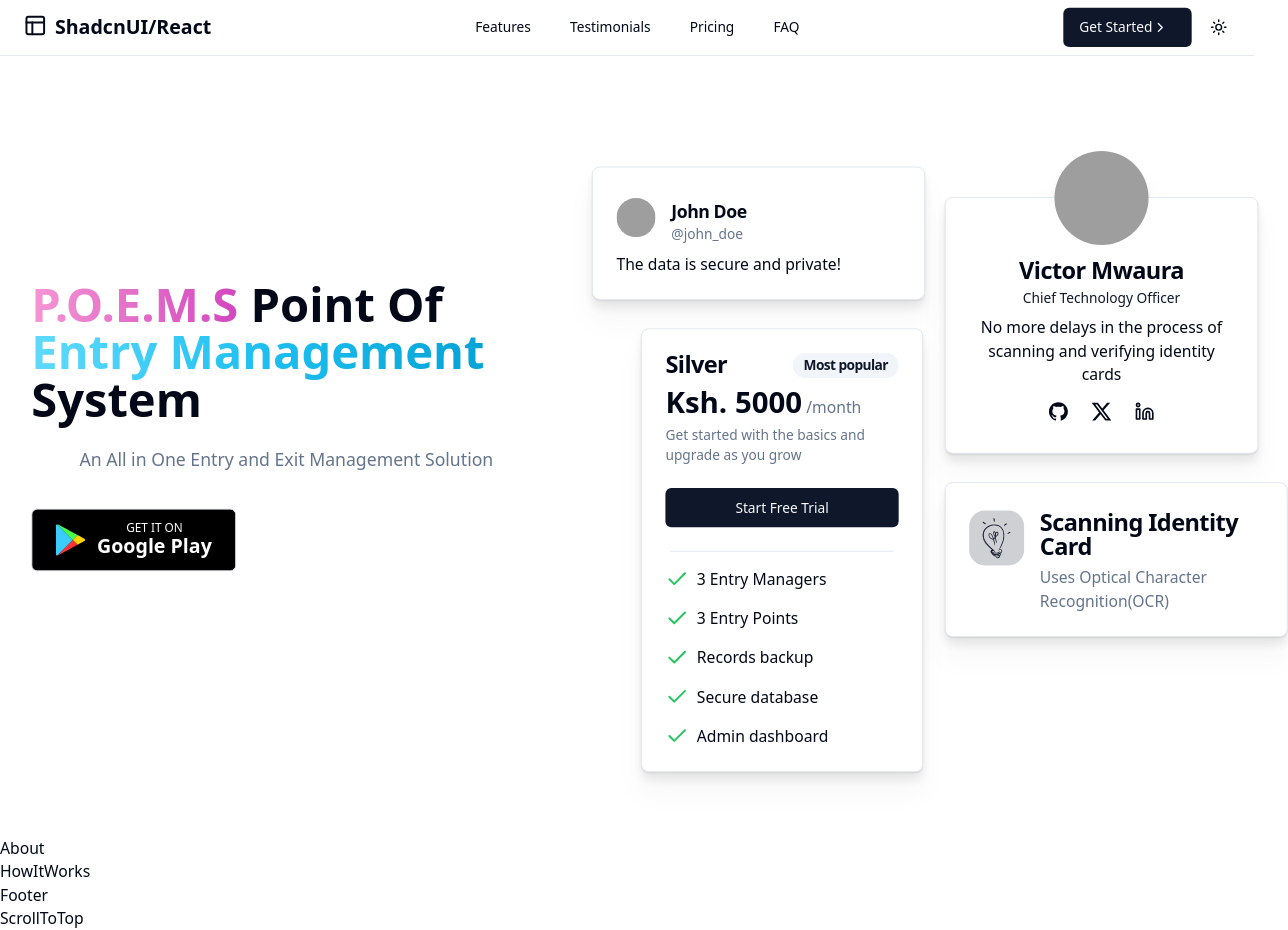
Repository: DevLaukey/savannah-informatics-test
Page: /
An editor plug-in stored every save of this project. The page is shown before and after the next save, followed by the edit.
The browser window is 1280 px wide. The page is 1314 px wide, so the pictures cover 1314 px, including what lies to the right of the window. The pictures show the whole page, at 98% of full size.
Pictures or frames that could not be fetched are drawn as grey boxes. The project was rebuilt for these pictures with package versions that can differ from the ones it lists, and the page was loaded fresh each time. The framework's server and built-in components were replaced by stand-ins that run in the browser. Also part of the build but not shown: next.config.mjs.

Above is the page before, as saved 2024-06-04 21:52:00.

After the next save:
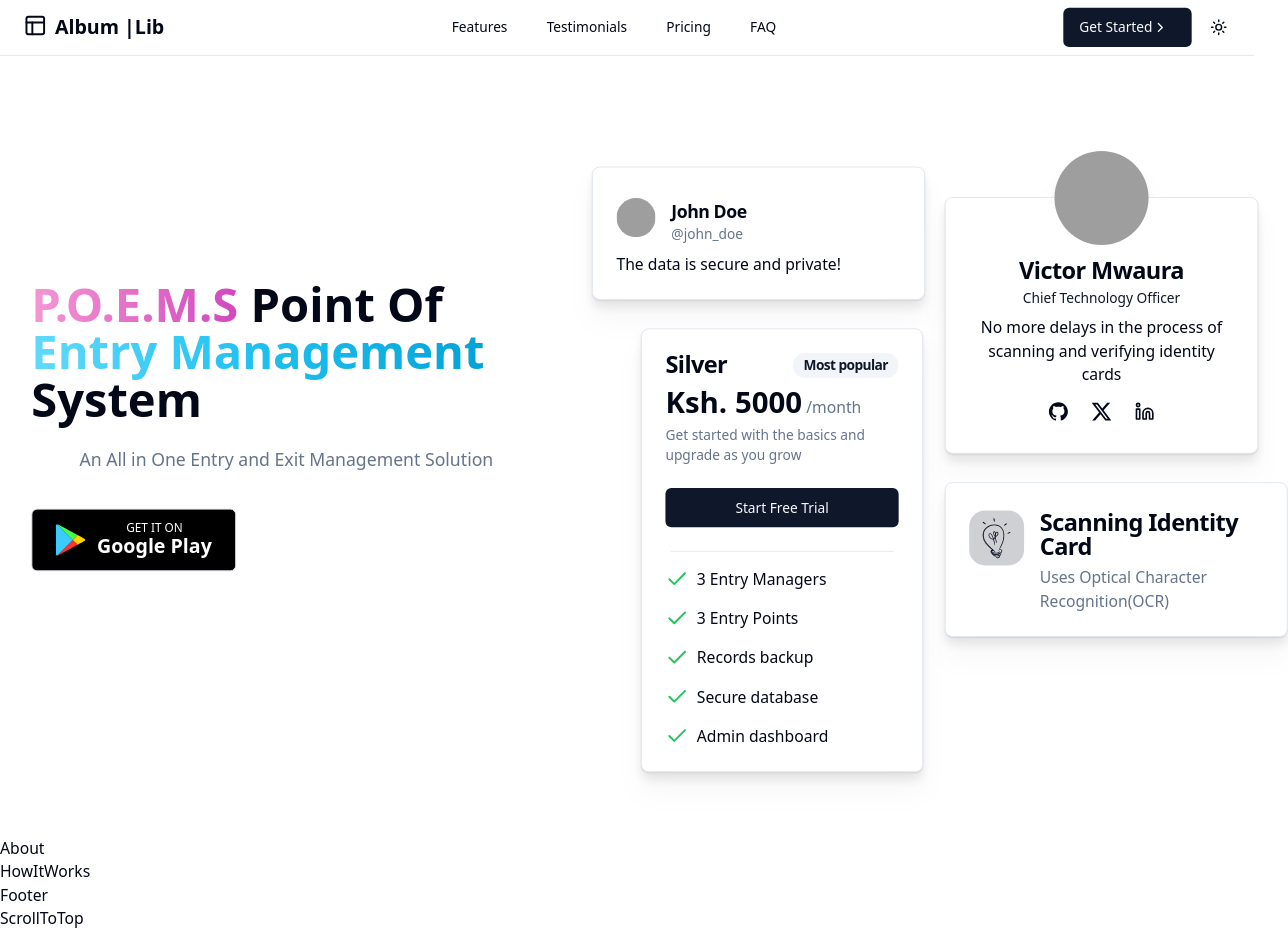
Saved 43 s later.
--- a/components/Navbar.jsx
+++ b/components/Navbar.jsx
@@ -50,7 +50,8 @@ const Navbar = () => {
               className="ml-2 font-bold text-xl flex"
             >
               <LogoIcon />
-              ShadcnUI/React
+              Album
+            |Lib
             </a>
           </NavigationMenuItem>
 
